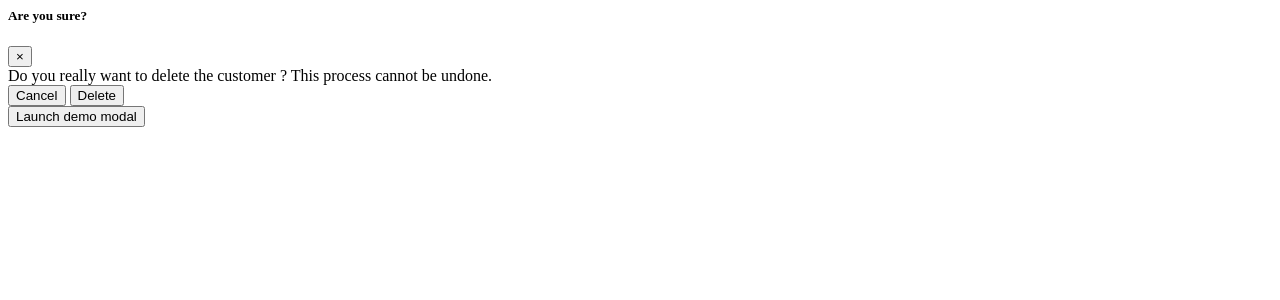
Repository: GilmarBrito/kcsit
Page: resources/views/modals.blade.php
The author's editor kept a copy of each file at every save. The page is drawn from the files as they stood at one save, then again after the next save.
The browser window is 1280 px wide. The pictures show the whole page.
The page is served by the project's Laravel application, run on PHP 8.4 with Laravel 8. The template is opened directly, without the code that normally fills it, so the values that code supplies are empty.

Above is the page before, as saved 2020-03-08 23:52:36.

After the next save:
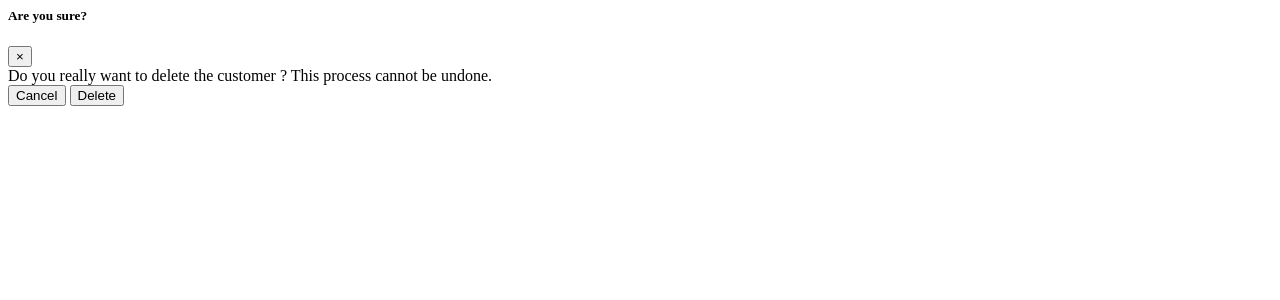
Saved 20 s later.
--- a/resources/views/modals.blade.php
+++ b/resources/views/modals.blade.php
@@ -17,7 +17,3 @@
         </div>
     </div>
 </div>
-
-<!-- Button trigger modal -->
-<button type="button" class="btn btn-primary" data-toggle="modal" data-target="#confirmDeleteCustomerModal">Launch demo modal
-</button>
